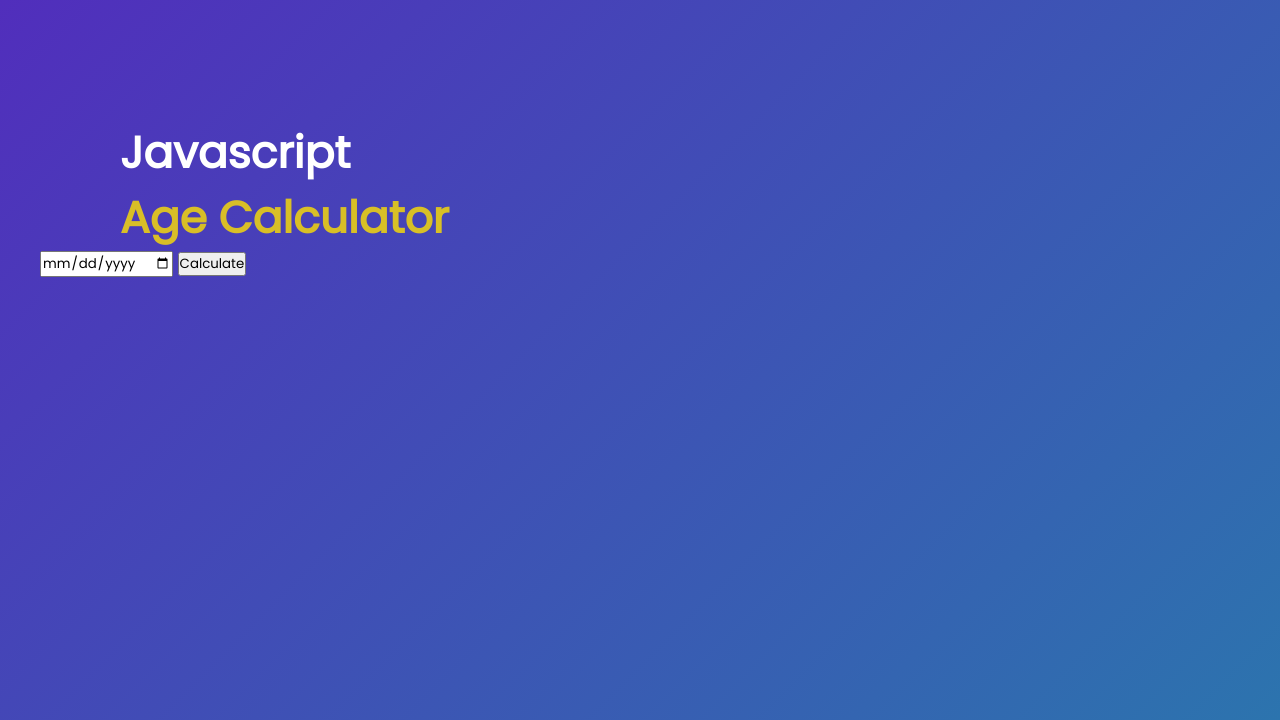
Repository: Ankitkr2021/Age-Calculator
Page: index.html
These files come from the project's save history. The page is drawn as it stood at one moment and after the next save; the edit follows.
The browser window is 1280 px wide. The pictures show the whole page.

Above is the page before, as saved 2025-10-05 10:25:13.

After the next save:
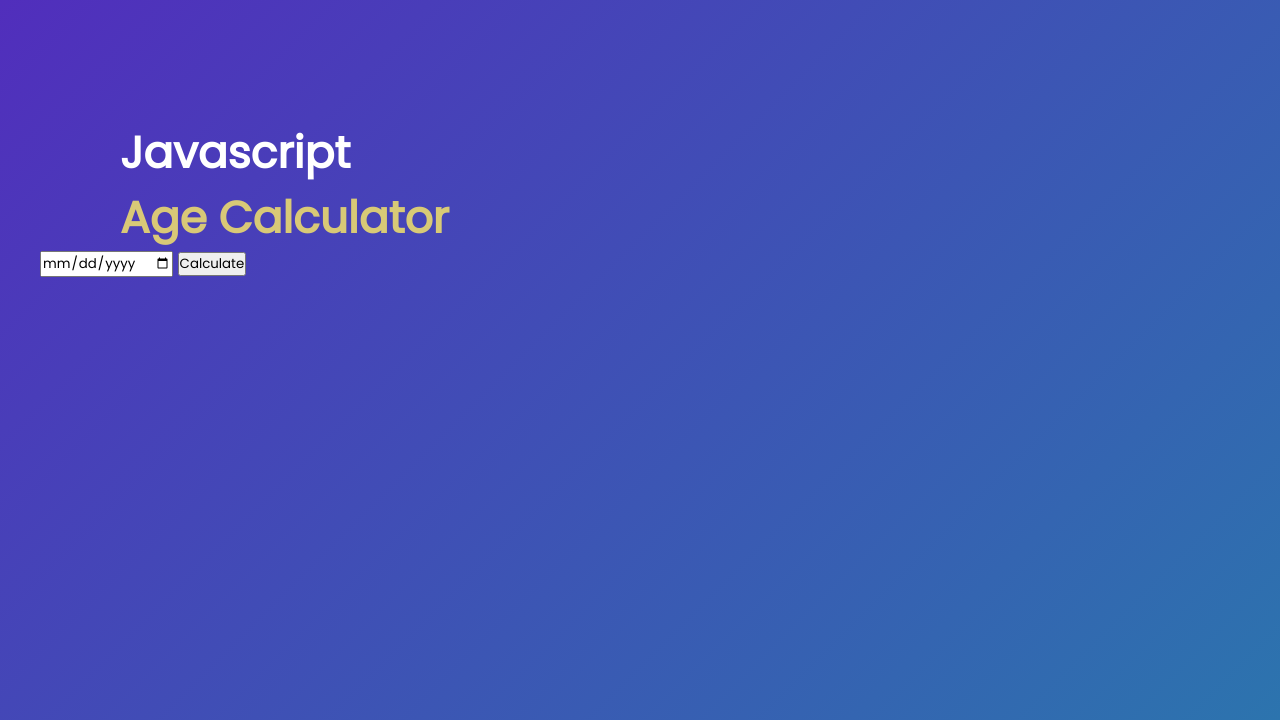
Saved 5 s later.
--- a/style.css
+++ b/style.css
@@ -30,7 +30,7 @@
 .age{
     /* padding-top: 80px; */
     padding-left: 80px;
-    color: #ffe100ca;
+    color: #ffed65ca;
     font-size: 44px;
     font-weight: 800;
 }
